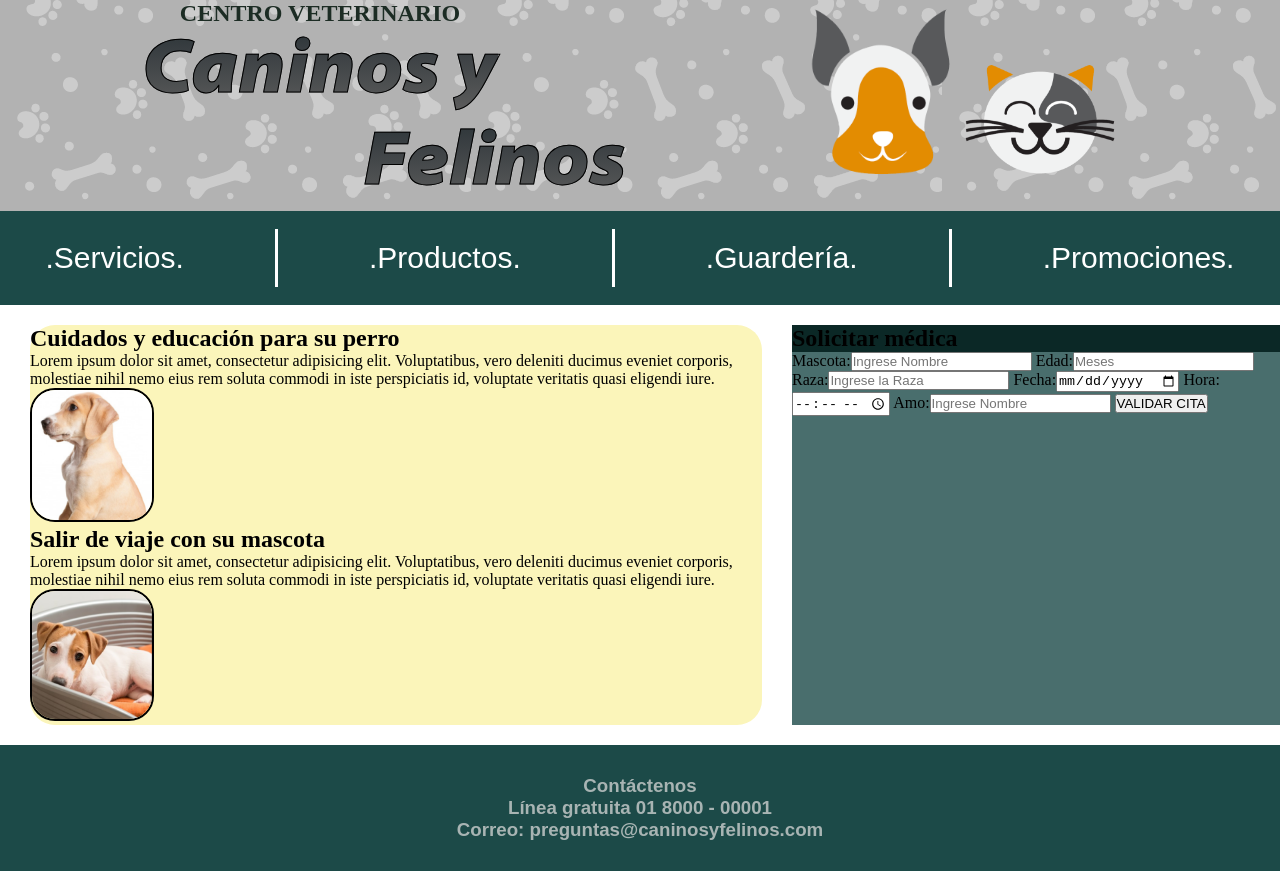
Repository: mariomr87/senaweb01
Page: principal.html
An editor plug-in stored every save of this project. The page is shown before and after the next save, followed by the edit.
The browser window is 1280 px wide. The pictures show the whole page.

Above is the page before, as saved 2021-10-23 10:11:21.

After the next save:
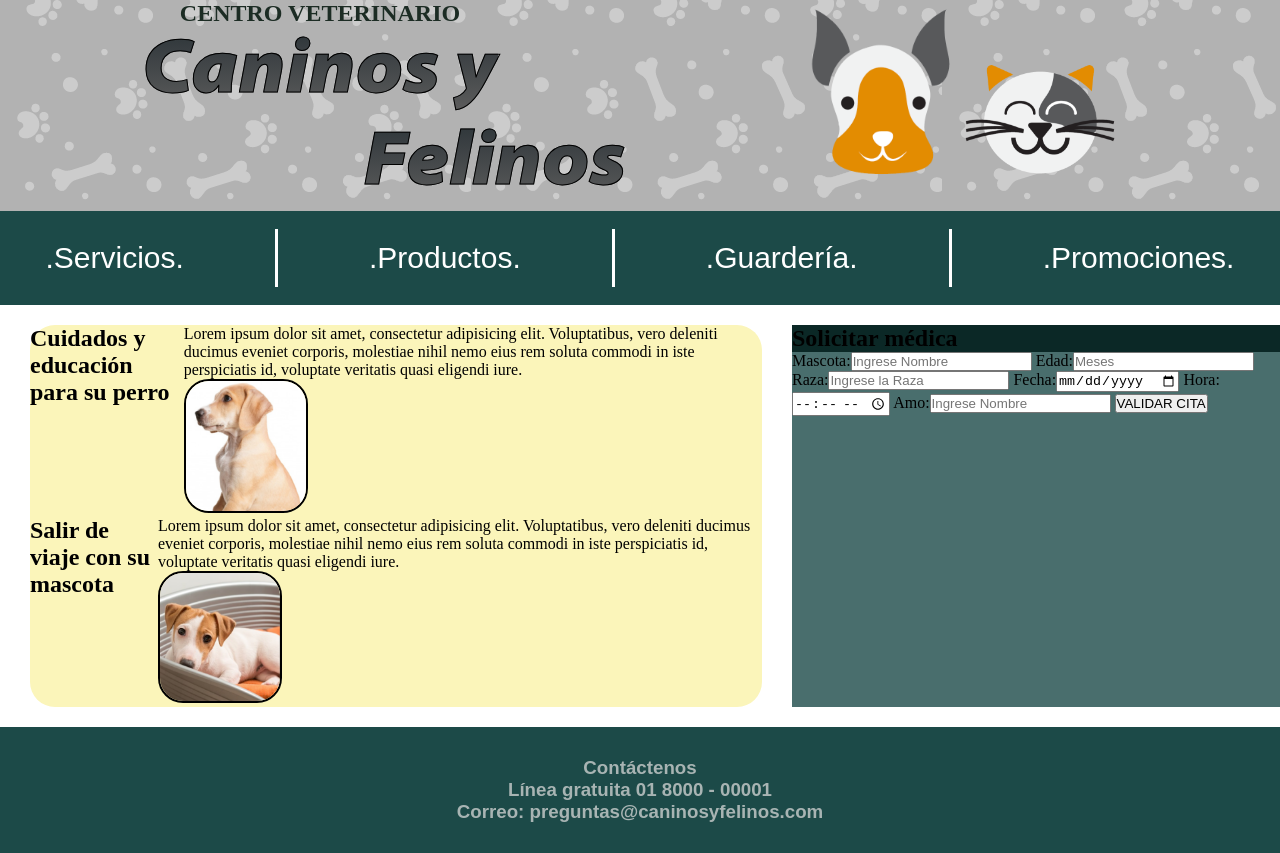
Saved 30 s later.
--- a/estilos.css
+++ b/estilos.css
@@ -84,6 +84,9 @@
     width: 60%;
     margin: 0 30px;
 }
+article{
+    display: flex;
+}
 
 article div img {
     width: 120px;

After the save that followed:
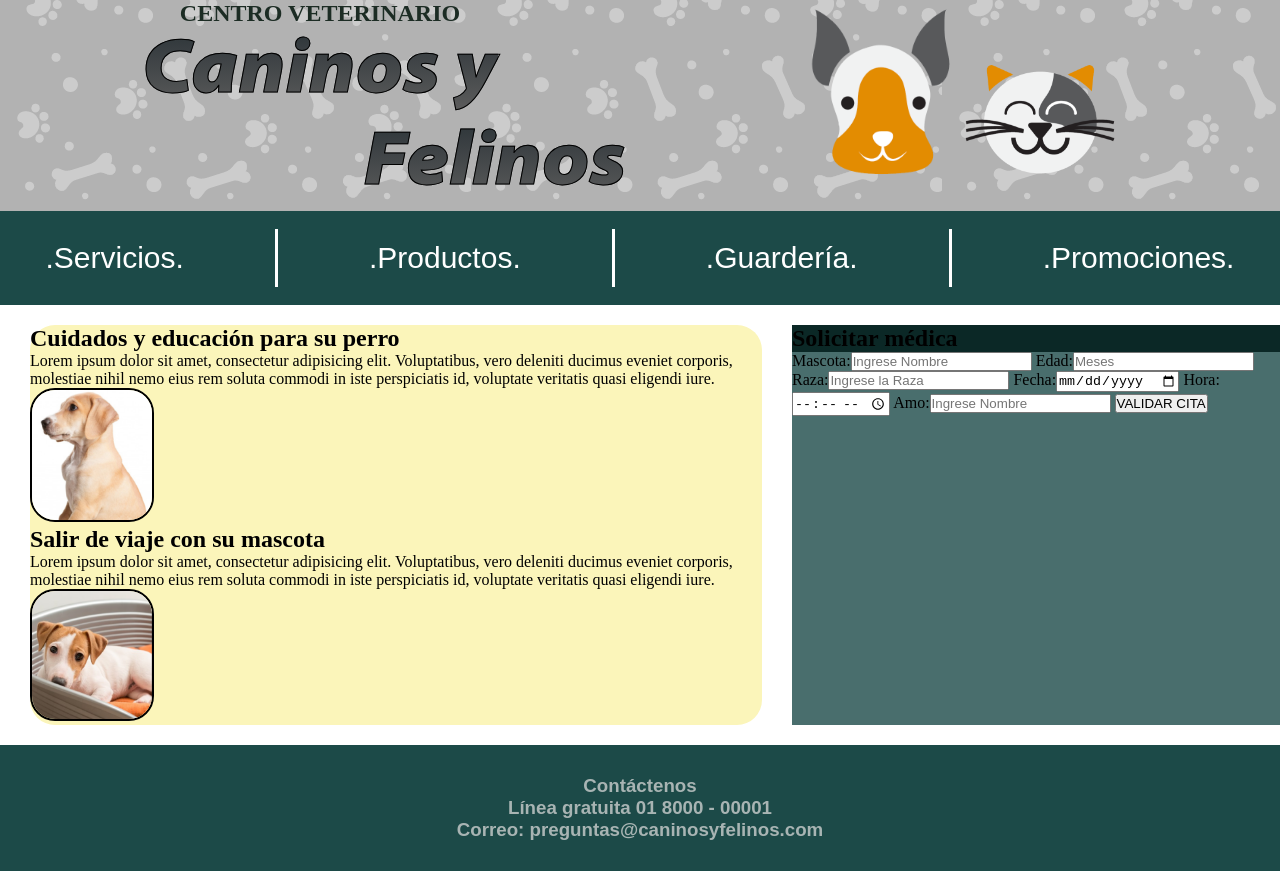
Saved 14 s later.
--- a/estilos.css
+++ b/estilos.css
@@ -86,6 +86,7 @@
 }
 article{
     display: flex;
+    flex-direction: column;
 }
 
 article div img {
